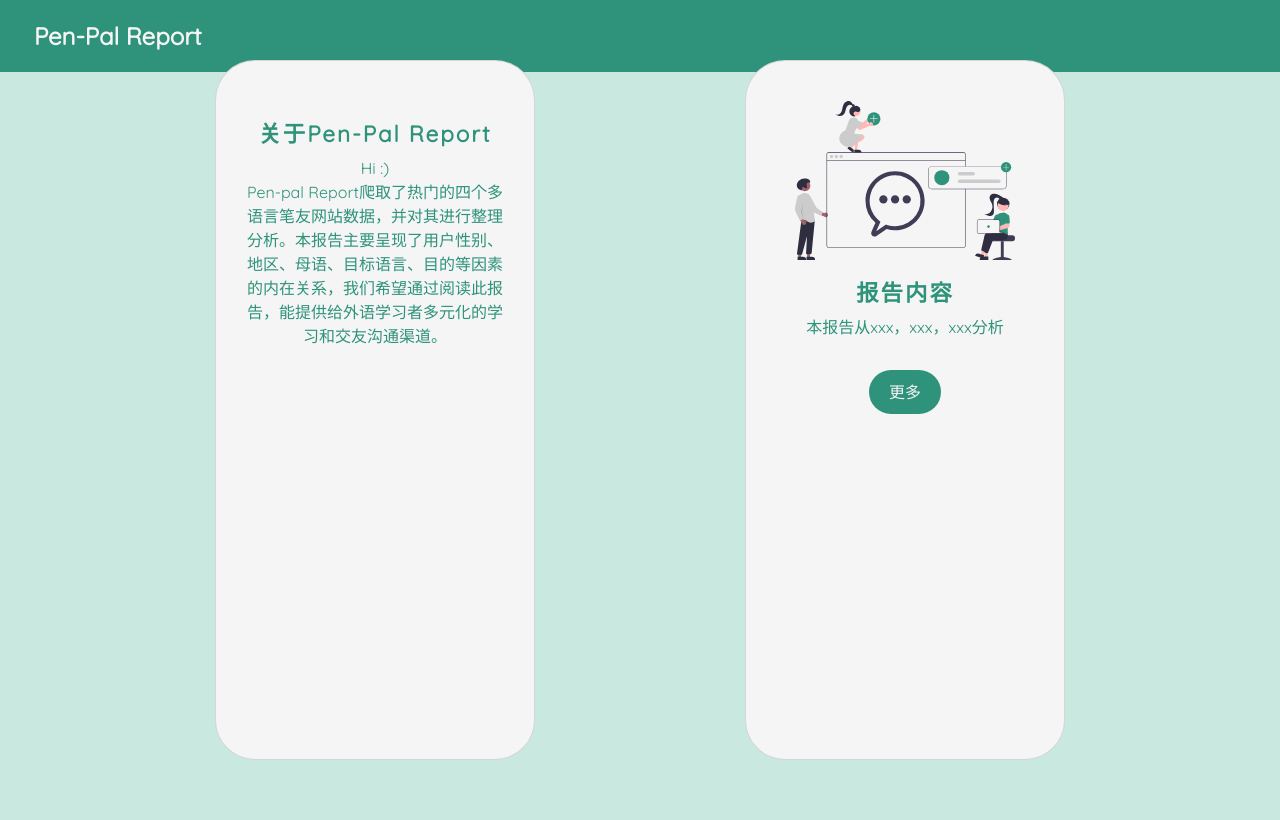
Repository: warrior1803-wang/penpal-report
Page: dist/index.html
An editor plug-in stored every save of this project. The page is shown before and after the next save, followed by the edit.
The browser window is 1280 px wide. The pictures show the whole page.

Above is the page before, as saved 2021-07-03 01:17:01.

### dist/index.html
<!DOCTYPE html>
<html lang="en" >
<head>
  <meta charset="UTF-8">
  <title>CodePen - Test Card homepage AIS</title>
  <link rel='stylesheet' href='https://cdnjs.cloudflare.com/ajax/libs/twitter-bootstrap/4.1.3/css/bootstrap.min.css'><link rel="stylesheet" href="./style.css">

</head>
<body>
  <div class="navbar">
    <a class="title" href="#">Pen-Pal Report</a>
  </div>
<div class="container">

  <div class="card">
    <!-- <div class="icon">
      <img src="https://image.flaticon.com/icons/svg/1767/1767591.svg" alt="">
    </div> -->
    <div class="contentBx">
      <h2>关于Pen-Pal Report</h2>
        <p>Hi :) <br>
          Pen-pal Report爬取了热门的四个多语言笔友网站数据，并对其进行整理分析。本报告主要呈现了用户性别、地区、母语、目标语言、目的等因素的内在关系，我们希望通过阅读此报告，能提供给外语学习者多元化的学习和交友沟通渠道。</p>
      <!-- <a href="#"><span>En Savoir plus</span></a> -->
    </div>
  </div>
    <div class="card">
    <div class="icon">
      <img src="img/friends.svg" alt="">
    </div>
    <div class="contentBx">
      <h2>报告内容</h2>
        <p>本报告从xxx，xxx，xxx分析</p>
      <a href="#"><span>更多</span></a>
    </div>
  </div>

</div>


</body>
</html>

### dist/style.css
@import url('https://fonts.googleapis.com/css?family=Quicksand&display=swap');

* {
  padding: 0;
  margin: 0;
  box-sizing: border-box;
}


body {
  background-color: #C8E8E0;
  display: flex;
  justify-content: center;
  align-items: center;
  min-height: 100vh;
  font-family: 'Quicksand', sans-serif;
}
.navbar{
  height: 10vh;
  width: 100%;

  /* position: fixed; */
  background-color: #2E937A;
 position: absolute;
 top: 0;
}
.navbar a.title{
  display: fixed;
     float: left;
    color:whitesmoke;
    text-decoration: none;
    font-size: 24px;
    font-weight: bolder;

    margin-left: 18px;
}

.container {
  /* position: relative; */
  display: flex;
  justify-content: space-around;
  align-items: center;
  flex-wrap: wrap;
  padding: 40px;
}

.container .card {
  width: 320px;
  height: 700px;
  margin: 20px;
  padding: 40px 30px;
  background-color: whitesmoke;
  /* box-shadow: -6px -6px 20px rgba(255, 255, 255, 1), */
  /* 6px 6px 20px rgba(0, 0, 0, 0.1); */
  border-radius: 40px;
}

.container .card:hover {
   box-shadow: inset -6px -6px 10px rgba(255, 255, 255, 0.5),
  inset 6px 6px 20px rgba(0, 0, 0, 0.05);
}

.container .card .icon {
  position: relative;
  text-align: center;
}

.container .card .icon img {
  max-width: 220px;
}

.container .card .contentBx {
  position: relative;
  margin-top: 20px;
  text-align: center;
}

.container .card .contentBx h2 {
  color: #2E937A;
  font-weight: 600;
  font-size: 1.4em;
  letter-spacing: 2px;
}

.container .card .contentBx p {
  color: #2E937A;
}

.container .card .contentBx a {
  display: inline-block;
  padding: 10px 20px;
  margin-top: 15px;
  border-radius: 40px;
  color: whitesmoke;
  font-size: 16px;
  text-decoration: none;
  background-color: #2E937A;
  /* box-shadow: -4px -4px 15px rgba(255, 255, 255, 1),
  4px 4px 15px rgba(0, 0, 0, 0.1); */
}

.container .card .contentBx a:hover {
  box-shadow: inset -4px -4px 10px rgba(255, 255, 255, 0.5),
  inset 4px 4px 10px rgba(0, 0, 0, 0.1);
}

.container .card a:hover span {
  display: block;
  transform: scale(0.98);
}

.container .card:hover .icon,
.container .card:hover .contentBx {
  transform: scale(0.98);
}

After the next save:
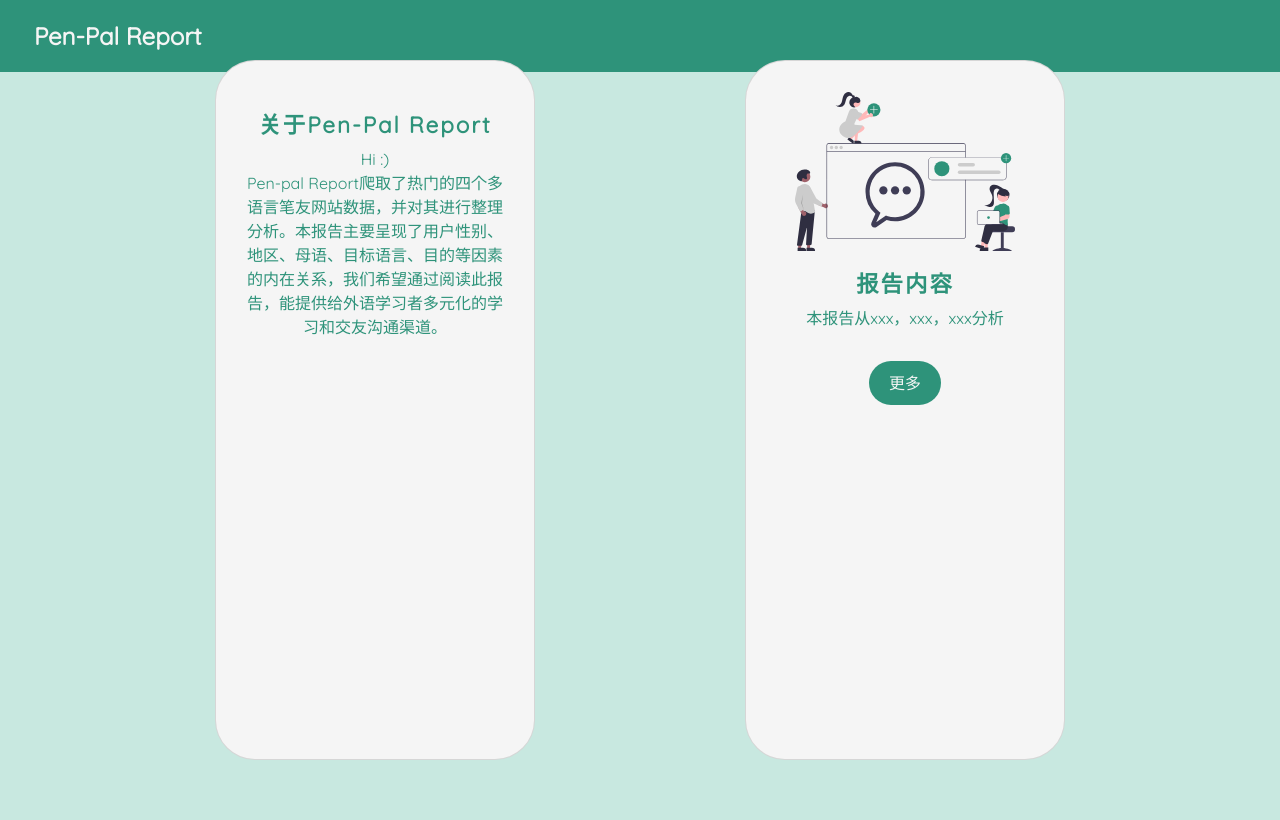
Saved 66 s later.
--- a/dist/style.css
+++ b/dist/style.css
@@ -48,7 +48,7 @@ body {
   width: 320px;
   height: 700px;
   margin: 20px;
-  padding: 40px 30px;
+  padding: 31px 30px;
   background-color: whitesmoke;
   /* box-shadow: -6px -6px 20px rgba(255, 255, 255, 1), */
   /* 6px 6px 20px rgba(0, 0, 0, 0.1); */
